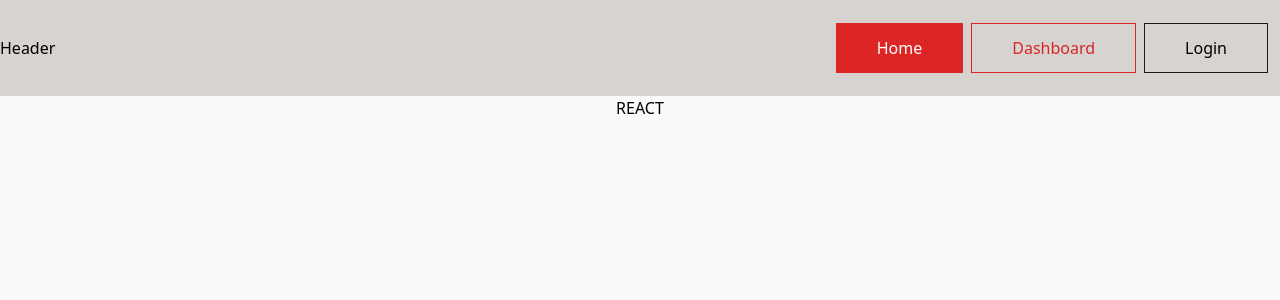
Repository: XavierOtavio/Cuzinhas
Page: /
An editor plug-in stored every save of this project. The page is shown before and after the next save, followed by the edit.
The browser window is 1280 px wide. The pictures show the whole page.
The project was rebuilt for these pictures with package versions that can differ from the ones it lists, and the page was loaded fresh each time. Also part of the build but not shown: src/components/Dashboard.js.

Above is the page before, as saved 2023-03-08 12:31:29.

After the next save:
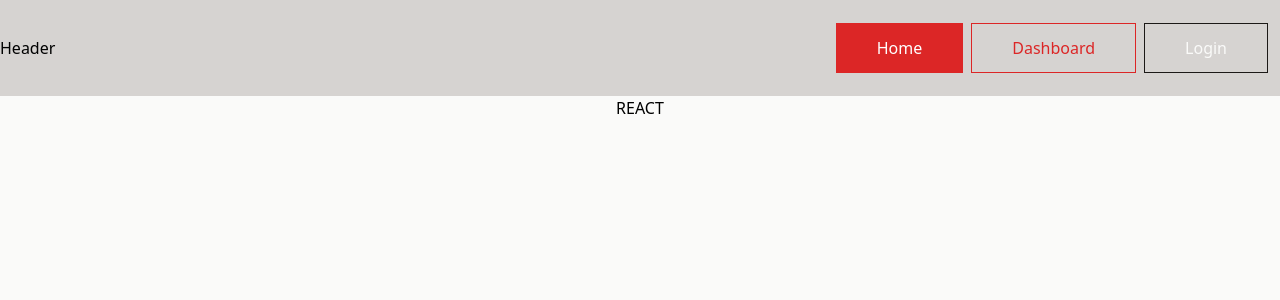
Saved 1 s later.
--- a/src/components/Header.js
+++ b/src/components/Header.js
@@ -17,7 +17,7 @@ function Header() {
           </button>
         </Link>
         <Link to="/login">
-          <button class="block border border-stone-900 bg-stone-300 px-10 py-3 text-stone- ml-2 font-medium">
+          <button class="block border border-stone-900 bg-stone-300 px-10 py-3 text-stone-50 ml-2 font-medium">
             Login
           </button>
         </Link>
